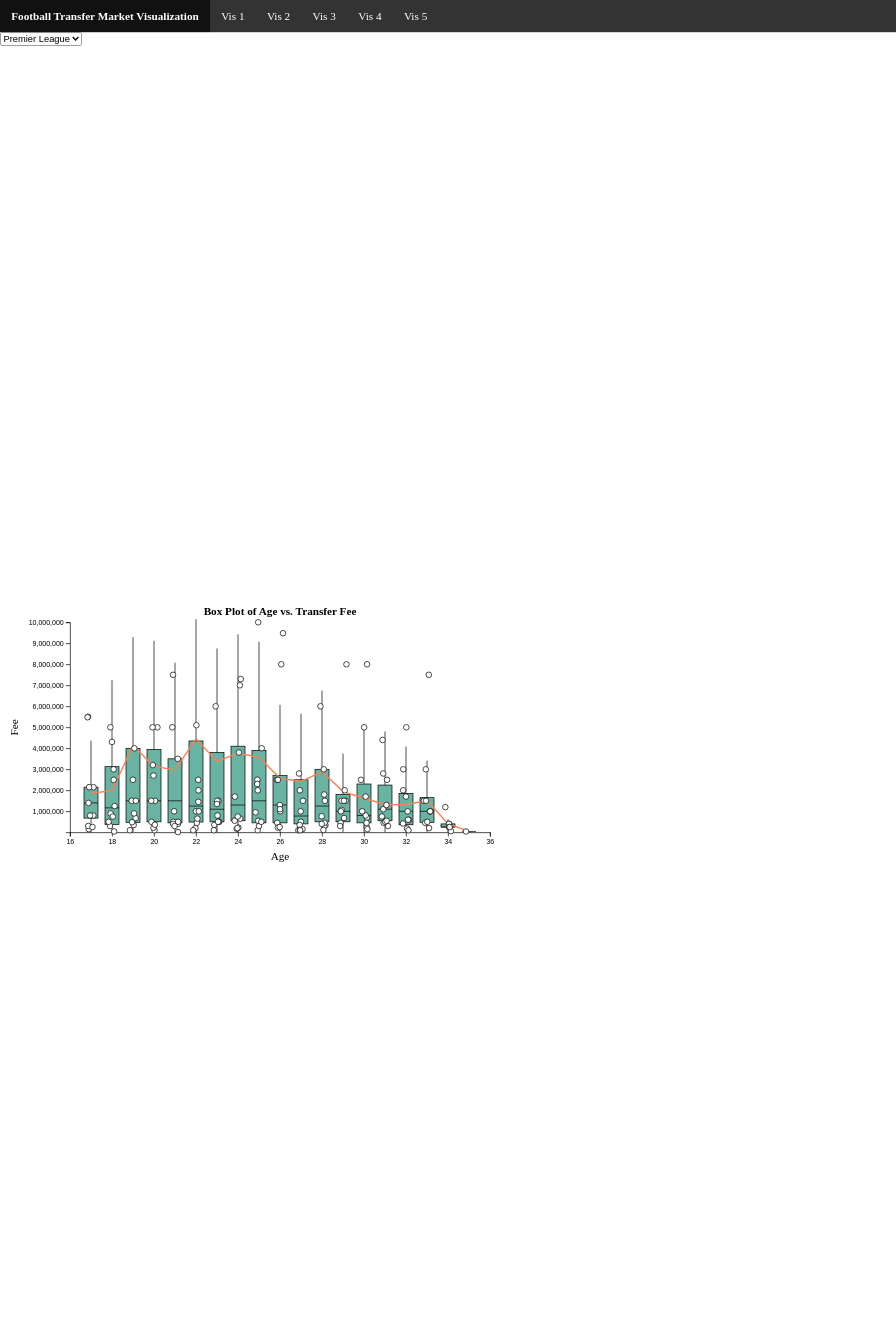
Repository: cedricshan/Football-Transfer-Market-Visualization
Page: dashboard/BoxPlot.html
The author's editor kept a copy of each file at every save. The page is drawn from the files as they stood at one save, then again after a run of saves.
The browser window is 1280 px wide. The pictures show the part of the page from y = 0 to 1920 px (the page is 2961 px tall before and 2237 px after), at 70% of full size.
After loading, the first visible `#csv-select` was changed once.

Above is the page before, as saved 2023-10-18 21:28:35.

### dashboard/BoxPlot.html
<!DOCTYPE html>
<html lang="en">

<head>
    <meta charset="UTF-8">
    <link rel="stylesheet" href="CSS/main.css">
    <link rel="icon" href="favicon.ico" mce_href="favicon.ico" type="image/x-icon">
    <link rel="shortcut icon" href="favicon.ico" mce_href="favicon.ico" type="image/x-icon">
    <title>Football Transfer Vis</title>
    <script type="text/javascript" src="d3.v7.js"></script>
</head>

<body>
    <ul>
        <li><a href="dashboard.html"><b>Football Transfer Market Visualization</b></a></li>
        <li><a href="network.html">Vis 1</a></li>
        <li><a href="chord.html">Vis 2</a></li>
        <li><a href="Position_interactive.html">Vis 3</a></li>
        <li><a href="LineChart.html">Vis 4</a></li>
        <li><a href="BoxPlot.html">Vis 5</a></li>
    </ul>
    <select id="csv-select">
        <option value="processed_eredivisie.csv">Eredivisie</option>
        <option value="processed_premier-league.csv">Premier League</option>
        <option value="processed_1-bundesliga.csv">Bundesliga</option>
        <option value="processed_liga-nos.csv">Liga Portugal</option>
        <option value="processed_ligue-1.csv">Ligue 1</option>
        <option value="processed_primera-division.csv">LaLiga</option>
        <option value="processed_1-bundesliga.csv">Serie A</option>
    </select>

    <script type="text/javascript" , src="BoxPlot.js"> </script>
</body>

</html>

### dashboard/CSS/main.css
html,
body {
    margin: 0;
    height: 100%;
}
ul {
    list-style-type: none;
    margin: 0;
    padding: 0;
    overflow: hidden;
    background-color: #333;
}

li {
    float: left;
}

li a {
    display: block;
    color: white;
    text-align: center;
    padding: 14px 16px;
    text-decoration: none;
}

li a:hover {
    background-color: #111;
}

#timeline {
    width: 70%;
    margin: auto;
    padding: 20px 0 0 0;
}

.tooltip {
    position: absolute;
    pointer-events: none;
    height: 35px;
    padding: 8px;
    border-radius: 8px;
    background-color: white;
    font-size: .8em;
    text-align: center;
}

#selectContainer {
    position: absolute;
    top: 50;
    left: 0;
    width: 100%;
    background-color: #ffffff;
    /* Background color for the container */
    padding: 10px;
    /* Adjust the padding as needed */
}

### dashboard/BoxPlot.js

var parseDate = d3.timeParse("%B");
const margin = {top: 20, right: 20, bottom: 40, left: 40};
document.getElementById("csv-select").addEventListener("change", function() {
    // The value of the selected option (filename) can be accessed via this.value
    loadAndVisualizeData(this.value);
});
function loadAndVisualizeData(filename) {
        d3.csv(filename)
        .then(data => {
            return data.map(d => {
                return {
                    Fee: Number(d.Fee),
                    Age: Number(d.Age)
                };
            });
        })
        .then(processedData => {
            var svg = d3.select('body')
                .append('svg')
                .attr('id', 'chartSVG')
                .attr('height', '100%')
                .attr('width', '100%');


            var height = 300;
            var width = 600;
            var maxFee = d3.max(processedData, function (d) { return d.Fee; });
            var minFee = d3.min(processedData, function (d) { return d.Fee; });
            var minAge= d3.min(processedData,function (d) { return d.Age; })
            var maxAge= d3.max(processedData,function (d) { return d.Age; })
            const meanFee = d3.mean(processedData, d => d.Fee);

                // Group data by Age
            const groupedData = d3.group(processedData, d => d.Age);

            // Compute statistics for each group
            const sumstat = Array.from(d3.rollup(
                processedData,
                group => {
                    const fees = group.map(d => +d.Fee).sort(d3.ascending);
                    const q1 = d3.quantile(fees, 0.25);
                    const median = d3.quantile(fees, 0.5);
                    const q3 = d3.quantile(fees, 0.75);
                    const interQuantileRange = q3 - q1;
                    const min = 0;
                    const max = q3 + 1.5 * interQuantileRange;
                    const avg= d3.mean(fees);
                    return { q1, median, q3, interQuantileRange, min, max, avg };

                },
                d => d.Age
            )).map(([key, value]) => ({ key, value }));

            function selectRandomTenPoints(data) {
                const sampledData = [];
                for (const [age, values] of groupedData) {
                    // Filter out values with Fee over 10,000,000
                    const filteredValues = values.filter(d => d.Fee <= 10000000);

                    const shuffled = [...filteredValues].sort(() => 0.5 - Math.random());
                    const selected = shuffled.slice(0, 10);
                    sampledData.push(...selected);
                }
                return sampledData;
            }


            const sampleDataForPlotting = selectRandomTenPoints(processedData);

            const sortedData = sumstat.sort((a, b) => d3.ascending(a.key, b.key));

            console.log(sortedData);

            console.log(maxFee);
            console.log(maxAge);
            console.log(minAge);

            const x = d3.scaleLinear()
                .domain([d3.min(processedData, d => d.Age)-1, d3.max(processedData, d => d.Age)+1])
                .range([0, width]);

            const y = d3.scaleLinear()
                .domain([d3.min(processedData, d => d.Fee), 10000000])
                .range([height, 0]);

            var svg= d3.select('body')
            .append('svg')
            .attr('height','100%')
            .attr('width','100%');

            var chartGroup=svg
            .append('g')
            .attr('transform','translate(100,100)');

            chartGroup.append("g")
            .attr("transform", `translate(0, ${height})`)
            .call(d3.axisBottom(x));

            chartGroup.append("g")
            .call(d3.axisLeft(y))



            chartGroup.append("text")
                .attr("transform", `translate(${width / 2}, ${height + margin.top + 20})`)
                .style("text-anchor", "middle")
                .text("Age");

            chartGroup.append("text")
                .attr("transform", "rotate(-90)")
                .attr("y", 0 - margin.left-50)
                .attr("x", 0 - (height / 2))
                .attr("dy", "1em")
                .style("text-anchor", "middle")
                .text("Fee");

            chartGroup
                .selectAll("vertLines")
                .data(sumstat)
                .enter()
                .append("line")
                .attr("x1", function(d){return(x(d.key))})
                .attr("x2", function(d){return(x(d.key))})
                .attr("y1", function(d){return(y(d.value.min))})
                .attr("y2", function(d){return(y(d.value.max))})
                .attr("stroke", "black")
                .style("width", 40)



            chartGroup
                .selectAll("Lines")
                .data(sumstat)
                .enter()
                .append("line")
                .attr("x1", function(d){return(x(d.key))})
                .attr("x2", function(d){return(x(d.key))})
                .attr("y1", function(d){return(y(d.value.avg))})
                .attr("y2", function(d){return(y(d.value.avg))})
                .attr("stroke", "black")
                .style("width", 40)

            var tooltip = chartGroup.append("g")
            .attr("class", "tooltip")
            .style("display", "none");

            tooltip.append("rect")
                .attr("width", 150)
                .attr("height", 50)
                .attr("fill", "white")
                .style("opacity", 0.8);

            tooltip.append("text")
                .attr("x", 5)
                .attr("dy", "1.2em")
                .style("text-anchor", "start")
                .attr("font-size", "12px")
                .attr("font-family", "sans-serif");

            var boxWidth = 20
            var highlightedBox = chartGroup.select(null);
            chartGroup
                .selectAll("boxes")
                .data(sumstat)
                .enter()
                .append("rect")
                    .attr("x", function(d){return(x(d.key)-boxWidth/2)})
                    .attr("y", function(d){return(y(d.value.q3))})
                    .attr("height", function(d){return(y(d.value.q1)-y(d.value.q3))})
                    .attr("width", boxWidth )
                    .attr("stroke", "black")
                    .style("fill", "#69b3a2")
                    .on("click",function(d) {
                        // Recolor the last clicked rect.
                        highlightedBox.style("fill", "#69b3a2")
                        // Color the new one:
                        highlightedBox = d3.select(this);
                        highlightedBox.style("fill","steelblue");
                    })
                .on("click", function(event, d) {
                    highlightedBox.style("fill", "#69b3a2");

                    highlightedBox = d3.select(this);
                    highlightedBox.style("fill", "steelblue");

                    tooltip
                        .attr("transform", `translate(${x(d.key) + 5}, ${y(d.value.q3) - 50})`)
                        .style("display", null);

                    tooltip.select("text")
                        .text(`Age: ${d.key}`)
                        .append("tspan")
                        .attr("x", 5)
                        .attr("dy", "1.2em")
                        .text(`Median Fee: ${d.value.median}`);
                    })
                .on("mouseout", function() {
                        tooltip.style("display", "none");
                    });

                // Show the median
            chartGroup
            .selectAll("medianLines")
            .data(sumstat)
            .enter()
            .append("line")
                .attr("x1", function(d){return(x(d.key)-boxWidth/2) })
                .attr("x2", function(d){return(x(d.key)+boxWidth/2) })
                .attr("y1", function(d){return(y(d.value.median))})
                .attr("y2", function(d){return(y(d.value.median))})
                .attr("stroke", "black")
                .style("width", 80)

            var avgline=chartGroup.append('g')
                .attr('class','avgline')
                .attr('transform','translate(0,0)');

            var line =d3.line()
                .x(function(d){return x(d.key)})
                .y(function(d){return y(d.value.avg)});

            chartGroup.append('path')
                .attr('d',line(sortedData))
                .attr('stroke','#FF7F50')
                .attr('stroke-width',2)
                .attr('fill','none');

            var jitterWidth = 10
            chartGroup
                .selectAll("indPoints")
                .data(sampleDataForPlotting)
                .enter()
                .append("circle")
                .attr("cx", function(d){return(x(d.Age) - jitterWidth/2 + Math.random()*jitterWidth )})
                .attr("cy", function(d){return(y(d.Fee))})
                .attr("r", 4)
                .style("fill", "white")
                .attr("stroke", "black")


            chartGroup.append("text")
                .attr("transform", `translate(${width / 2}, ${-10})`)
                .style("text-anchor", "middle")
                .style("font-size", "16px")
                .style("font-weight", "bold")
                .text("Box Plot of Age vs. Transfer Fee");


        })
        .catch(error => {
            console.error("Error loading or processing the CSV:", error);
        });
}
loadAndVisualizeData(document.getElementById("csv-select").value);

Loaded but not shown: dashboard/d3.v7.js (library)

After the next 2 saves:
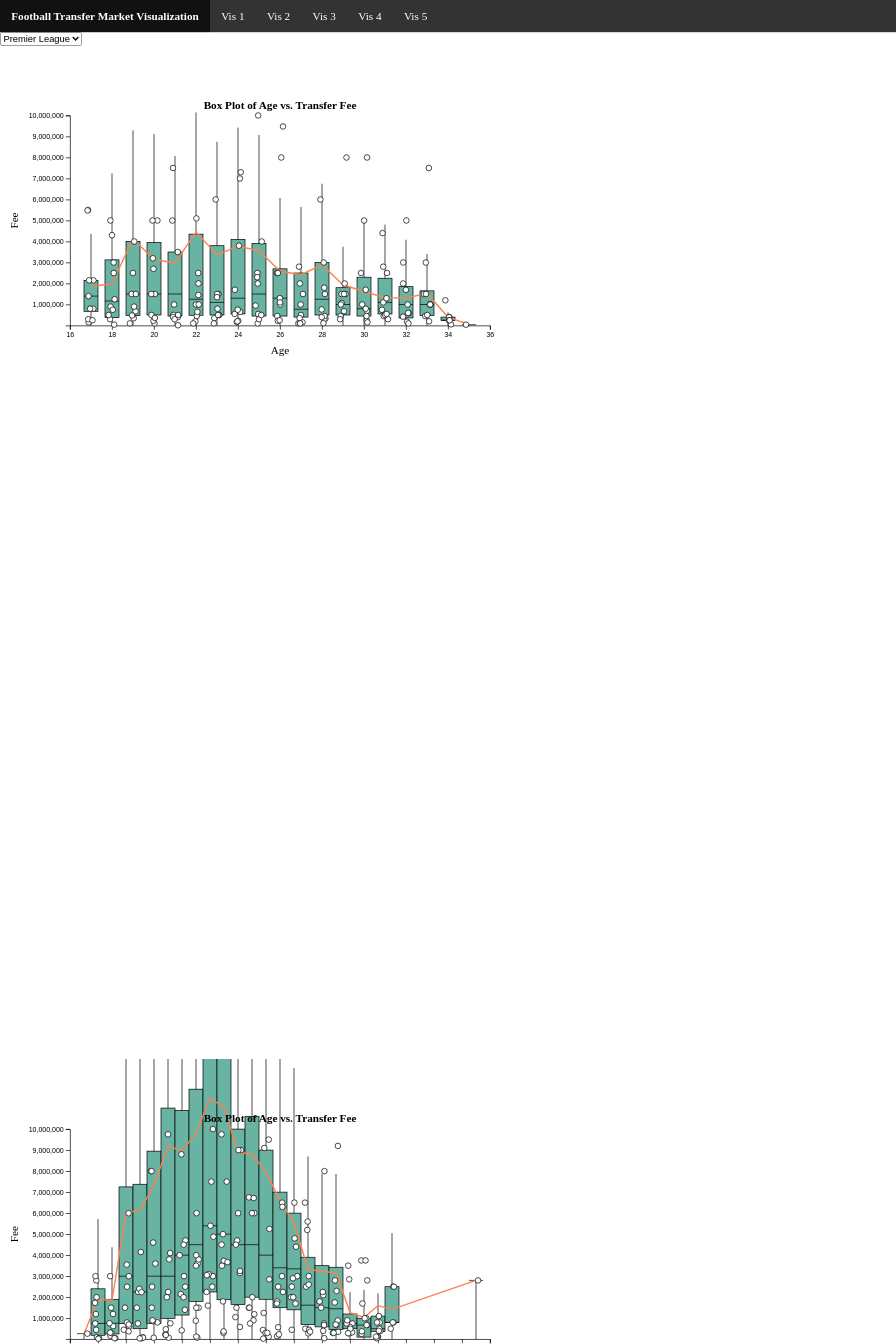
The 2 saves are shown as one change because they came seconds apart.
The last was saved 22 s later.
--- a/dashboard/BoxPlot.js
+++ b/dashboard/BoxPlot.js
@@ -6,6 +6,7 @@ document.getElementById("csv-select").addEventListener("change", function() {
     loadAndVisualizeData(this.value);
 });
 function loadAndVisualizeData(filename) {
+        d3.select("#chartSVG").remove();
         d3.csv(filename)
         .then(data => {
             return data.map(d => {
